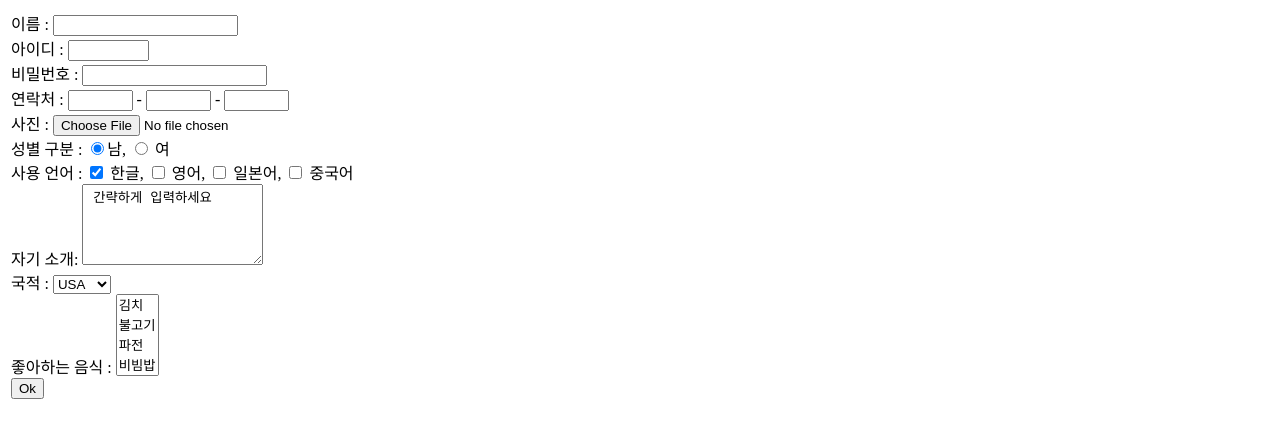
Repository: bjKim2/JSP
Page: HTML/src/main/webapp/Ex03.html
These files come from the project's save history. The page is drawn as it stood at one moment and after the next save; the edit follows.
The browser window is 1280 px wide. The pictures show the whole page.

Above is the page before, as saved 2022-03-15 05:31:13.

After the next save:
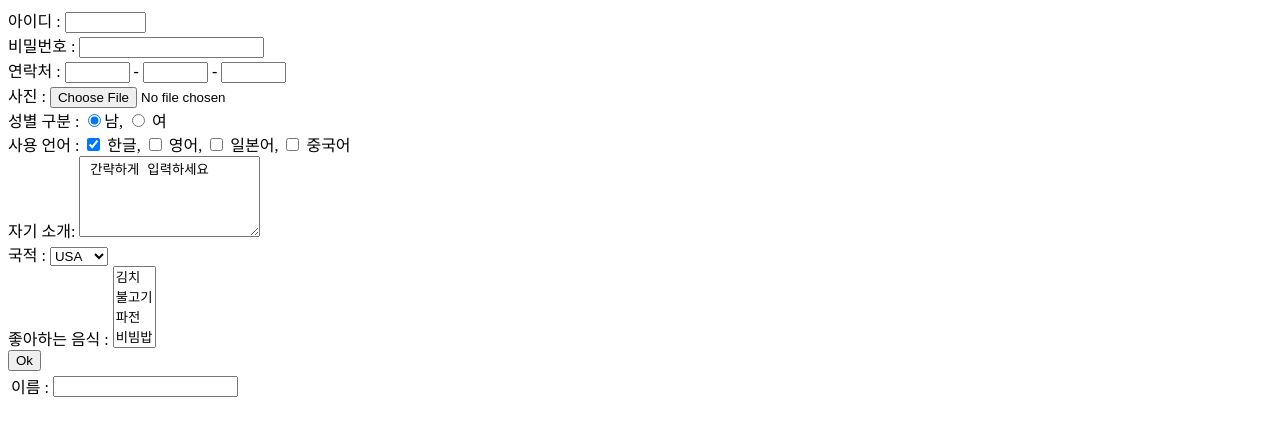
Saved 2 min 0 s later.
--- a/HTML/src/main/webapp/Ex03.html
+++ b/HTML/src/main/webapp/Ex03.html
@@ -5,11 +5,16 @@
 <title>Insert title here</title>
 </head>
 <body>
+	<form action = '#' method='get'>
 	<table>
 		<tr>
 			<td>
-				<form action = '#' method='get'>
-					이름 : <input type="text" name = "userName"  ><br>
+				이름 :
+			</td>
+			<td>
+				<input type="text" name = "userName"  ><br>
+			</td>
+		</tr>
 					아이디 : <input type="text" name = "userId"  size = '7'><br>
 					비밀번호 : <input type="password" name="userPassword"><br>
 					연락처 : <input type="text" name = "phone1_1"  size = "5"> -
@@ -46,10 +51,10 @@
 						<input type="submit" name = "okBtn" value = "Ok">
 
 
-				</form>
-			</td>
-		</tr>
+
+
 	</table>
+	</form>
 </body>
 
 </body>
